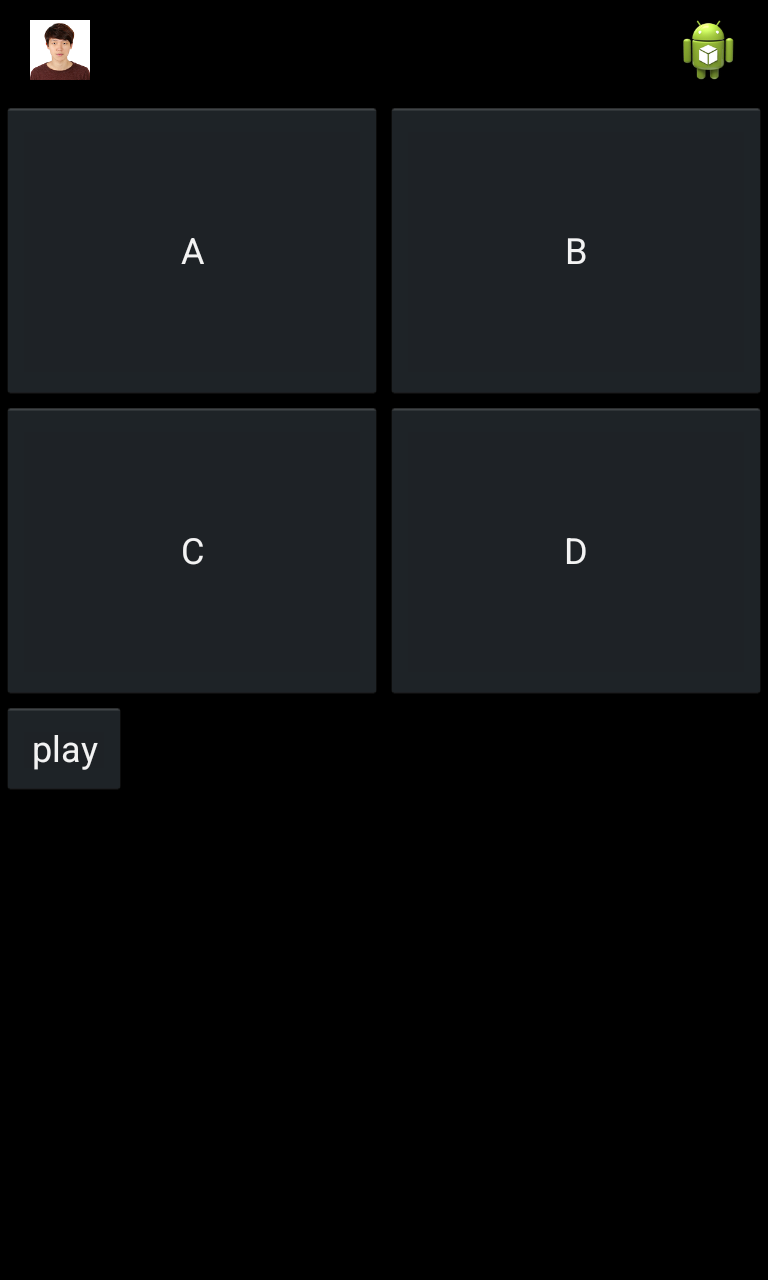
Repository: Minsu-Daniel-Kim/tipinboard1.0
Layout: TipinBoard1.0/res/layout/activity_main.xml
An editor plug-in stored every save of this project. The layout is shown before and after a run of saves, followed by the edit.
It is drawn on a 768 x 1280 px phone screen (xhdpi) without system bars, with theme android:Theme.Holo; the app's code is not run.

Above is the layout before, as saved 2013-04-15 13:01:56.

### TipinBoard1.0/res/layout/activity_main.xml
<?xml version="1.0" encoding="utf-8"?>
<LinearLayout xmlns:android="http://schemas.android.com/apk/res/android"
    android:layout_width="fill_parent"
    android:layout_height="fill_parent"
    android:orientation="vertical" >

    <RelativeLayout
        android:id="@+id/imageView1"
        android:layout_width="fill_parent"
        android:layout_height="50dp"
        android:orientation="horizontal" >

        <RelativeLayout
            android:id="@+id/imageView1"
            android:layout_width="fill_parent"
            android:layout_height="50dp"
            android:onClick="myPage"
            android:orientation="horizontal" >

            <ImageView
                android:id="@+id/iv_profile"
                android:layout_width="40dp"
                android:layout_height="40dp"
                android:layout_alignParentBottom="true"
                android:layout_alignParentLeft="true"
                android:layout_margin="10dp"
                android:onClick="myPage"
                android:src="@drawable/daniel" />

            <TextView
                android:id="@+id/tv_username"
                android:layout_width="wrap_content"
                android:layout_height="fill_parent"
                android:layout_toRightOf="@+id/iv_profile"
                android:gravity="center_vertical"
                android:onClick="myPage"
                android:textStyle="bold" />
        </RelativeLayout>

        <ImageView
            android:layout_width="40dp"
            android:layout_height="40dp"
            android:layout_alignParentBottom="true"
            android:layout_alignParentRight="true"
            android:layout_margin="10dp"
            android:src="@drawable/ic_launcher" />
    </RelativeLayout>

    <LinearLayout
        xmlns:android="http://schemas.android.com/apk/res/android"
        android:layout_width="fill_parent"
        android:layout_height="wrap_content"
        android:orientation="horizontal" >

        <Button
            android:id="@+id/button1"
            android:layout_width="0dp"
            android:layout_height="150dp"
            android:layout_weight="1"
            android:onClick="detail"
            android:text="A" />

        <Button
            android:id="@+id/button1"
            android:layout_width="0dp"
            android:layout_height="150dp"
            android:layout_weight="1"
            android:text="B" />
    </LinearLayout>

    <LinearLayout
        xmlns:android="http://schemas.android.com/apk/res/android"
        android:layout_width="fill_parent"
        android:layout_height="wrap_content"
        android:orientation="horizontal" >

        <Button
            android:id="@+id/button1"
            android:layout_width="0dp"
            android:layout_height="150dp"
            android:layout_weight="1"
            android:text="C" />

        <Button
            android:id="@+id/button1"
            android:layout_width="0dp"
            android:layout_height="150dp"
            android:layout_weight="1"
            android:text="D" />
    </LinearLayout>

    <Button
        android:id="@+id/button2"
        android:layout_width="wrap_content"
        android:onClick="play"
        android:layout_height="wrap_content"
        android:text="play" />

</LinearLayout>

After the next 2 saves:
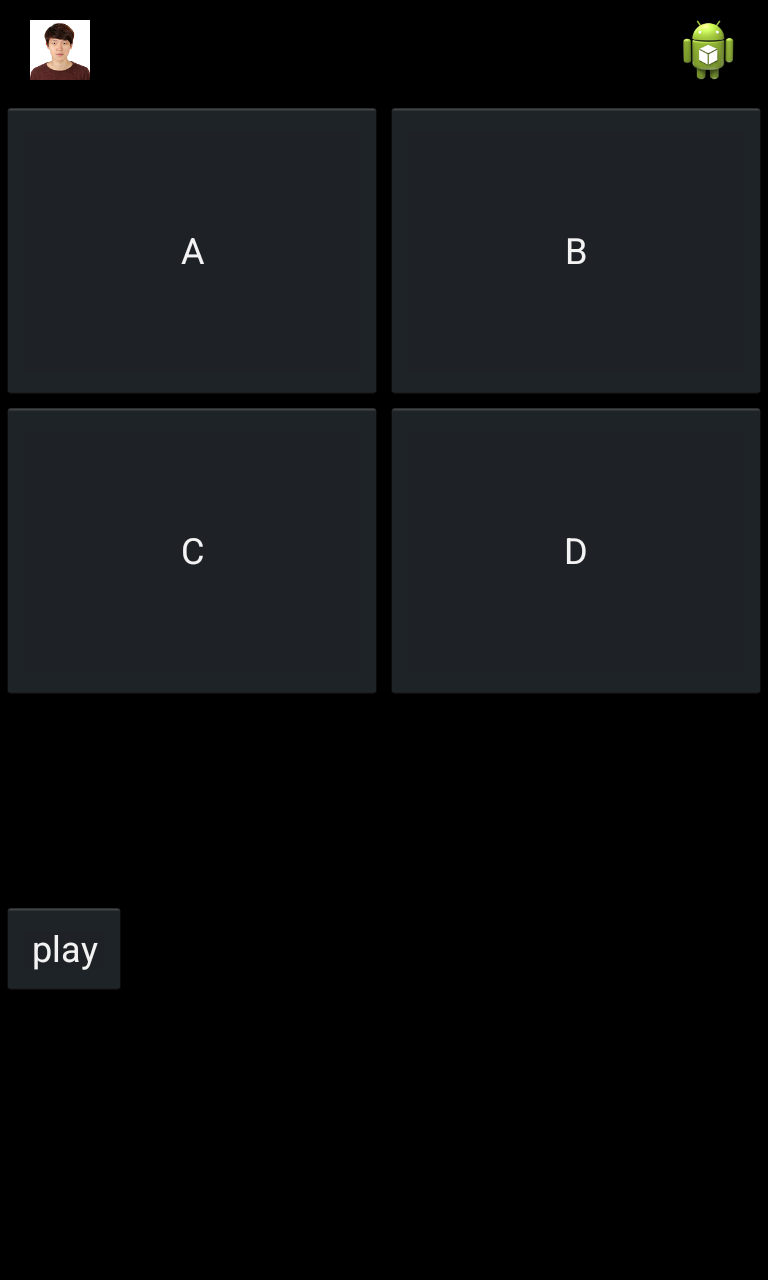
The 2 saves are shown as one change because they came seconds apart.
The last was saved 2 min 46 s later.
--- a/TipinBoard1.0/res/layout/activity_main.xml
+++ b/TipinBoard1.0/res/layout/activity_main.xml
@@ -89,11 +89,17 @@
             android:text="D" />
     </LinearLayout>
 
+    <FrameLayout
+        android:id="@+id/videoLayout"
+        android:layout_width="120dp"
+        android:layout_height="100dp"
+         />
+
     <Button
         android:id="@+id/button2"
         android:layout_width="wrap_content"
+        android:layout_height="wrap_content"
         android:onClick="play"
-        android:layout_height="wrap_content"
         android:text="play" />
 
 </LinearLayout>
